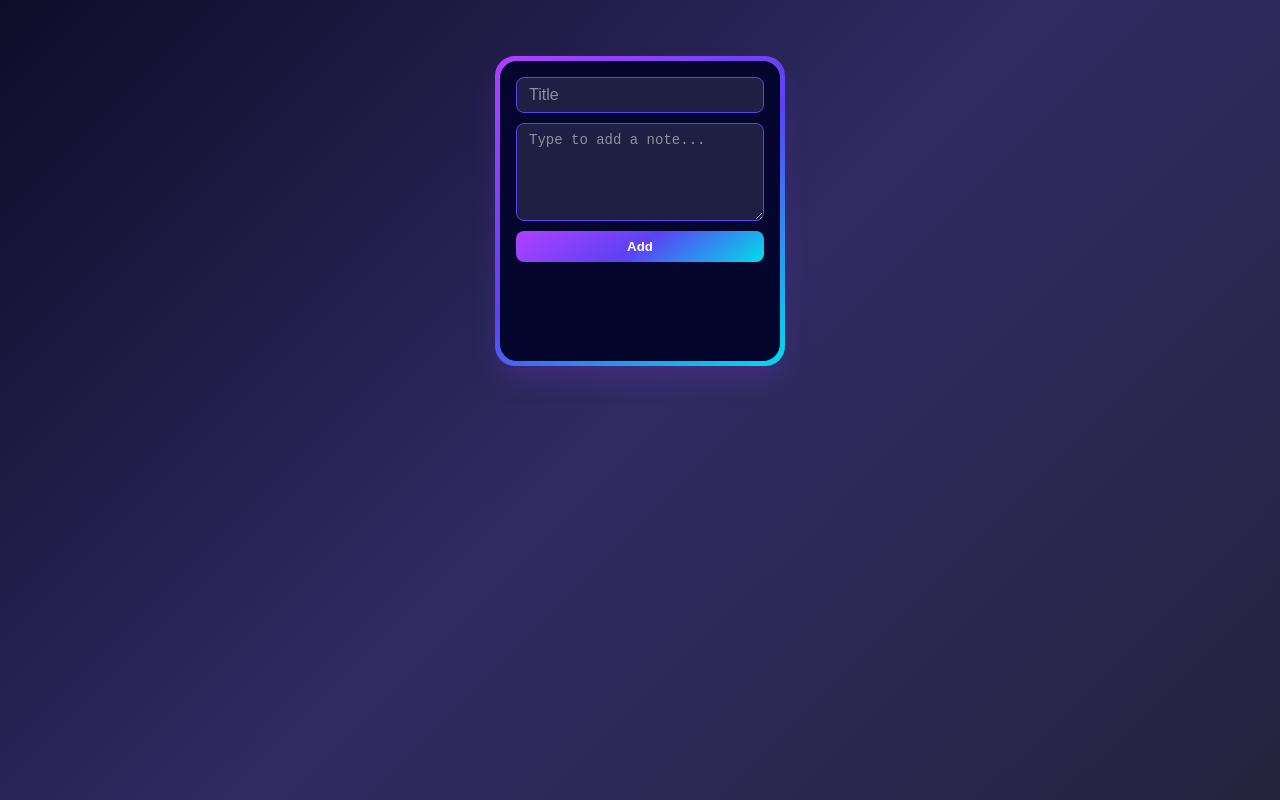
Repository: AJANI2005/Notes-App
Page: /
The author's editor kept a copy of each file at every save. The page is drawn from the files as they stood at one save, then again after the next save.
The browser window is 1280 px wide. The pictures show the whole page.
The project was rebuilt for these pictures with package versions that can differ from the ones it lists, and the page was loaded fresh each time. Also part of the build but not shown: vite.config.ts, src/style/dialogbox.css, src/DialogBox.tsx.

Above is the page before, as saved 2025-07-31 18:27:33.

### src/index.css
:root {
  font-family: system-ui, Avenir, Helvetica, Arial, sans-serif;
  font-synthesis: none;
  text-rendering: optimizeLegibility;
  -webkit-font-smoothing: antialiased;
  -moz-osx-font-smoothing: grayscale;
}
body {
  margin: 0;
  font-family: 'Inter', sans-serif;
  background: linear-gradient(135deg, #0f0c29, #302b63, #24243e);
  min-height: 100vh;
  display: flex;
  justify-content: center;
  align-items: start;
  padding: 40px 0;
  color: white;
}

### src/App.tsx
import { useEffect, useState } from 'react';

// styles
import "./style/note.css"
import DialogBox from './DialogBox';


interface Note {
  id: number
  title: string;
  text: string;
}

const Note = () => {
  const [text, setText] = useState('');
  const [title, setTitle] = useState('');


  //Initialize Local Storage
  useEffect(() => {
    if (!localStorage.getItem("notes")) {
      localStorage.setItem("notes", JSON.stringify([]))
    }
    if (localStorage.getItem("title")) {
      setTitle(JSON.parse(localStorage.getItem("title")!))
    }
    if (localStorage.getItem("text")) {
      setText(JSON.parse(localStorage.getItem("text")!))
    }
  }, [])

  // Store Current Data (On Refresh)
  useEffect(() => {
    if (text === '' && title === '') return
    localStorage.setItem("title", JSON.stringify(title))
    localStorage.setItem("text", JSON.stringify(text))
  }, [text, title])

  const createNote = () => {
    const note = {
      id: Date.now(),
      title: title,
      text: text
    } as Note

    // add note
    const notes = JSON.parse(localStorage.getItem("notes")!)
    notes.push(note)
    localStorage.setItem("notes", JSON.stringify(notes))

    // reset state
    setTitle("")
    setText("")
    localStorage.setItem("title", JSON.stringify(""))
    localStorage.setItem("text", JSON.stringify(""))
  }

  return (
    <form className='note'>
      <div className="note-content">
        <input
          value={title}
          placeholder='Title'
          onChange={(e) => setTitle(e.target.value)}
          type="text" className='note-title-input' />
        <textarea
          value={text}
          onChange={(e) => setText(e.target.value)}
          className='note-input'
          placeholder='Type to add a note...'></textarea>
        <button className='addBtn' onClick={createNote}>Add</button>
      </div>

    </form>
  )
}

function App() {

  const [notes, setNotes] = useState([]);



  const [editing, setEditing] = useState(false);
  const [currentNote, setCurrentNote] = useState<Note | undefined>(undefined);


  //Initialize Local Storage
  useEffect(() => {
    if (localStorage.getItem("notes")) {
      setNotes(JSON.parse(localStorage.getItem("notes")!))
    }
  }, [])

  //Save current note
  const saveNote = () => {
    const notes = JSON.parse(localStorage.getItem("notes")!)
    const index = notes.findIndex((note: Note) => note.id === currentNote?.id)
    notes[index] = currentNote
    localStorage.setItem("notes", JSON.stringify(notes))
    setEditing(false)
    // refresh
    window.location.reload()
  }
  //Delete note
  const deleteNote = () => {
    const notes = JSON.parse(localStorage.getItem("notes")!)
    const index = notes.findIndex((note: Note) => note.id === currentNote?.id)
    notes.splice(index, 1)
    localStorage.setItem("notes", JSON.stringify(notes))
    setEditing(false)
    // refresh
    window.location.reload()
  }

  return (
    <>
      <Note />
      {/* Display Notes */}
      <div className='notes-grid'>
        {notes.map((note: Note, index) => (
          <div key={index} className='note'>
            <div className='note-content'>
              <h2 className='note-title'>{note.title}</h2>
              <p className='note-text'>{note.text}</p>
              <button className='deleteBtn'
                onClick={deleteNote}>✖</button>
              <button className='editBtn' onClick={() => {
                setEditing(true);
                setCurrentNote(note);
              }}
              >📝</button>
            </div>
          </div>))}
      </div>

      {/* Edit Dialog Box */}
      <DialogBox isOpen={editing} onClose={() => setEditing(false)}>
        <form className='note'>
          <div className='note-content'>
            <input
              value={currentNote?.title}
              placeholder='Title'
              onChange={(e) => setCurrentNote({ ...currentNote, title: e.target.value } as Note)}
              type="text" className='note-title-input' />

            <textarea
              value={currentNote?.text}
              onChange={(e) => setCurrentNote({ ...currentNote, text: e.target.value } as Note)}
              className='note-input'
              placeholder='Type to add a note...'></textarea>

            <button className='addBtn' onClick={() => {
              saveNote()
              setEditing(false)
            }}>Save</button>
          </div>
        </form>
      </DialogBox>
    </>
  )
}

export default App

### src/style/note.css
/* Outer Note Card - gradient like .card */
.note {
  display: flex;
  flex-direction: column;
  gap: 10px;
  padding: 5px; /* leave room for inner card content */
  width: 280px;
  height: 300px; /* optional fixed height for card-like look */
  border-radius: 20px;
  background-image: linear-gradient(144deg, #AF40FF, #5B42F3 50%, #00DDEB);
  box-shadow: rgba(151, 65, 252, 0.2) 0 15px 30px -5px;
  position: relative;
  margin: 16px;
  transition: transform 0.2s ease;
}

.note:hover {
  transform: translateY(-3px);
}

/* Inner dark content like .card__content */
.note-content {
  background: rgb(5, 6, 45); /* dark inner content */
  border-radius: 17px;
  flex: 1;
  padding: 16px;
  display: flex;
  flex-direction: column;
  gap: 10px;
  padding-bottom: 50px; /* make space for delete/edit buttons */
  color: white;
  position: relative;
}

/* Title input */
.note-title-input {
  padding: 8px 12px;
  font-size: 16px;
  font-weight: 500;
  border-radius: 8px;
  border: 1px solid #5B42F3;
  background: rgba(255,255,255,0.1);
  color: white;
  outline: none;
  transition: 0.2s;
}

.note-title-input::placeholder {
  color: rgba(255,255,255,0.5);
}

.note-title-input:focus {
  border-color: #00DDEB;
}

/* Textarea input */
.note-input {
  min-height: 80px;
  resize: vertical;
  padding: 8px 12px;
  font-size: 14px;
  border-radius: 8px;
  border: 1px solid #5B42F3;
  background: rgba(255,255,255,0.1);
  color: white;
  outline: none;
  transition: 0.2s;
}

.note-input::placeholder {
  color: rgba(255,255,255,0.5);
}

.note-input:focus {
  border-color: #00DDEB;
}

/* Add Button - matches gradient theme */
.addBtn {
  background-image: linear-gradient(144deg, #AF40FF, #5B42F3 50%, #00DDEB);
  color: white;
  border: none;
  padding: 8px 12px;
  border-radius: 8px;
  font-weight: 600;
  cursor: pointer;
  transition: transform 0.2s ease;
}

.addBtn:hover {
  transform: scale(1.05);
}

/* Delete and Edit Buttons */
.deleteBtn,
.editBtn {
  position: absolute;
  bottom: 12px;
  border: none;
  padding: 6px 10px;
  font-size: 14px;
  border-radius: 6px;
  cursor: pointer;
  color: white;
  transition: transform 0.2s ease, background-color 0.2s ease;
}

.deleteBtn {
  left: 12px;
  background-color: #ff6b6b;
}

.deleteBtn:hover {
  background-color: #e63946;
  transform: scale(1.05);
}

.editBtn {
  left: 65px;
  background-color: #4ff10f;
  color: #111;
}

.editBtn:hover {
  background-color: #49d611;
  transform: scale(1.05);
}

/* Title of the note */
.note-title {
  font-size: 18px;
  font-weight: 600;
  color: white;
  margin-bottom: 8px;
}

/* Text content of the note */
.note-text {
  font-size: 14px;
  color: rgba(255,255,255,0.85);
  line-height: 1.5;
  white-space: pre-wrap; /* respect \n */
}

/* Grid for all notes */
.notes-grid {
  display: grid;
  grid-template-columns: repeat(auto-fill, minmax(250px, 1fr));
  gap: 16px;
  padding: 20px;
  justify-items: center;
}

Loaded but not shown: index.html (common file); src/main.tsx (common file)

After the next save:
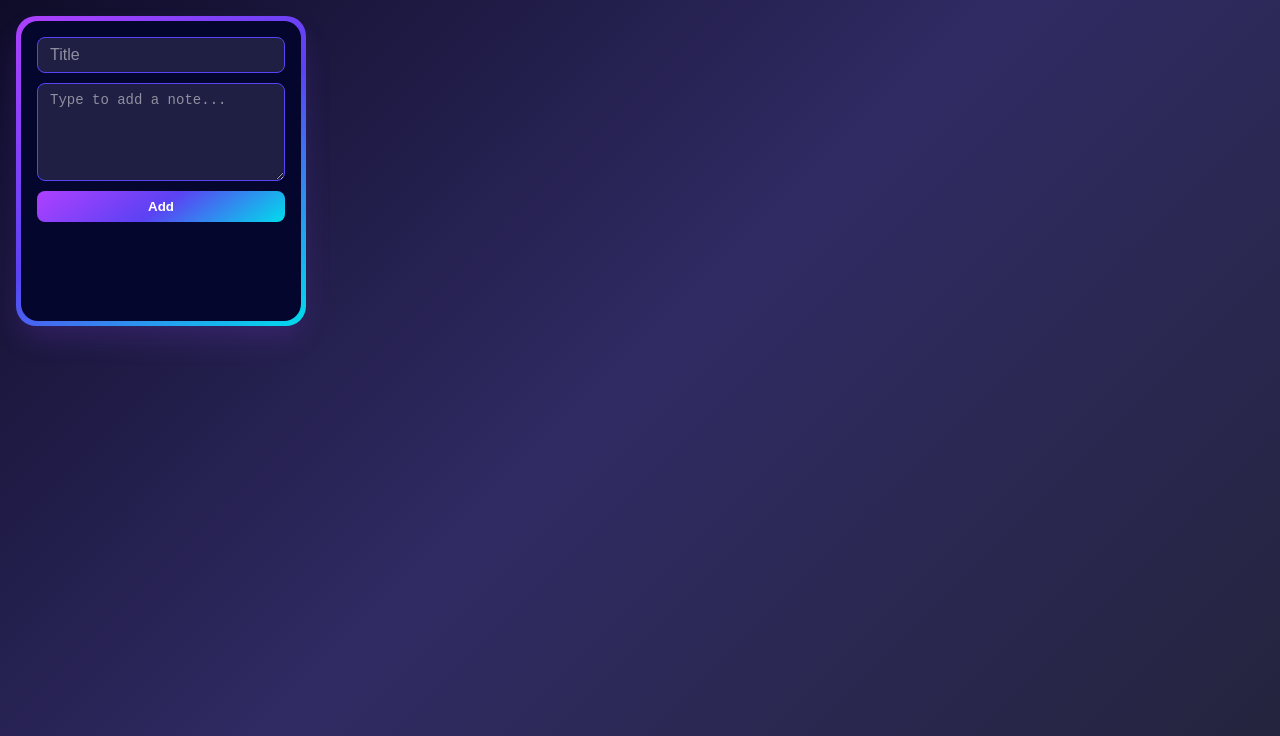
Saved 13 s later.
--- a/src/index.css
+++ b/src/index.css
@@ -10,9 +10,5 @@ body {
   font-family: 'Inter', sans-serif;
   background: linear-gradient(135deg, #0f0c29, #302b63, #24243e);
   min-height: 100vh;
-  display: flex;
-  justify-content: center;
-  align-items: start;
-  padding: 40px 0;
   color: white;
 }
